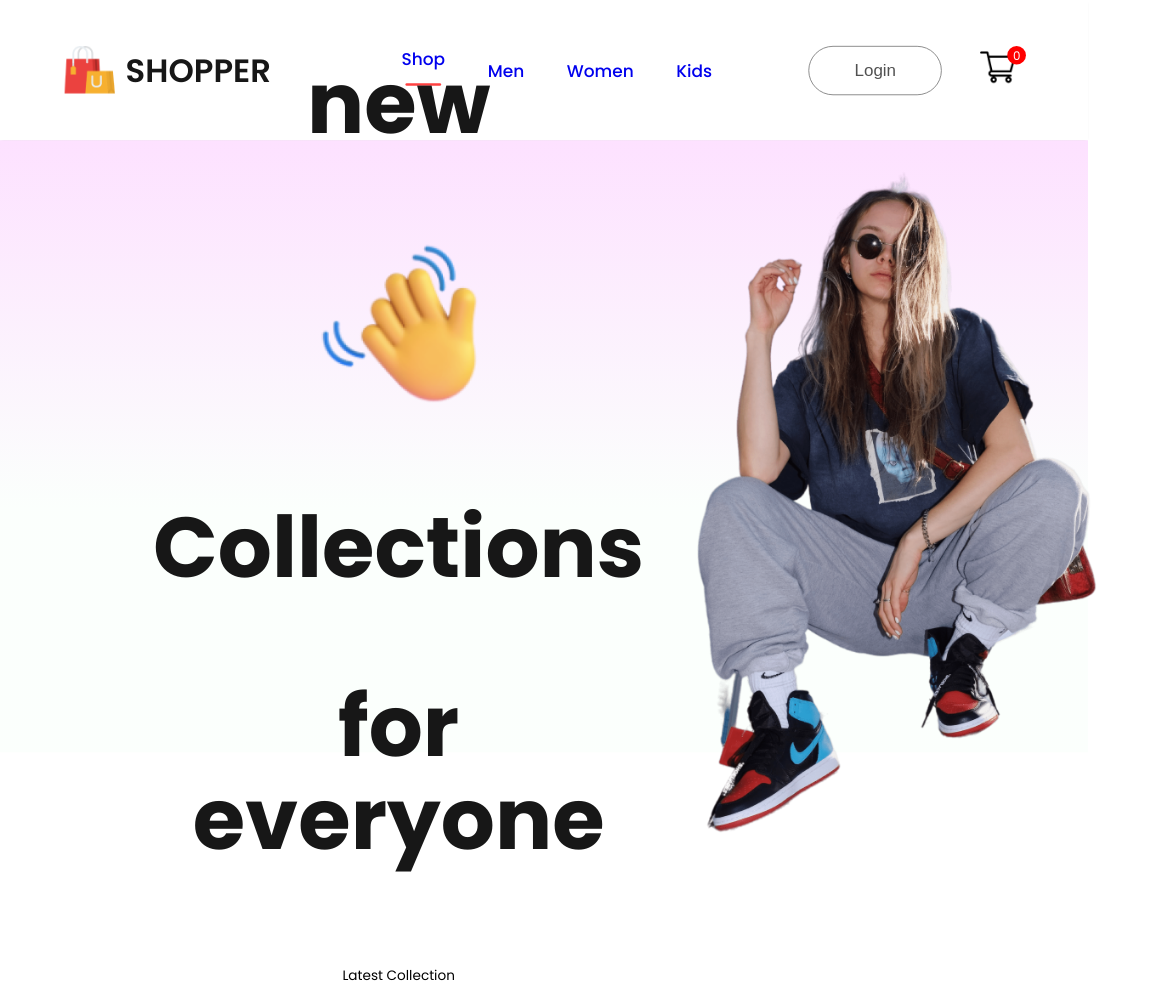
Repository: saritha55/EcommerceReactJs
Page: /
The author's editor kept a copy of each file at every save. The page is drawn from the files as they stood at one save, then again after the next save.
The browser window is 1280 px wide. The page is 1371 px wide, so the pictures cover 1371 px, including what lies to the right of the window. The pictures show the whole page, at 85% of full size.
The project was rebuilt for these pictures with package versions that can differ from the ones it lists, and the page was loaded fresh each time. Also part of the build but not shown: src/Pages/ShopCategory.jsx, src/Pages/Product.jsx, src/Pages/Cart.jsx, src/Pages/LoginSignup.jsx.

Above is the page before, as saved 2024-12-02 14:49:06.

### public/index.html
<!DOCTYPE html>
<html lang="en">
  <head>
    <meta charset="utf-8" />
    <link rel="icon" href="%PUBLIC_URL%/favicon.ico" />
    <meta name="viewport" content="width=device-width, initial-scale=1" />
    <meta name="theme-color" content="#000000" />
    <meta
      name="description"
      content="Web site created using create-react-app"
    />
    <link rel="apple-touch-icon" href="%PUBLIC_URL%/logo192.png" />
    <!--
      manifest.json provides metadata used when your web app is installed on a
      user's mobile device or desktop. See https://developers.google.com/web/fundamentals/web-app-manifest/
    -->
    <link rel="manifest" href="%PUBLIC_URL%/manifest.json" />

    <link rel="preconnect" href="https://fonts.googleapis.com">
    <link rel="preconnect" href="https://fonts.gstatic.com" crossorigin>
    <link href="https://fonts.googleapis.com/css2?family=Poppins:ital,wght@0,100;0,200;0,300;0,400;0,500;0,600;0,700;0,800;0,900;1,100;1,200;1,300;1,400;1,500;1,600;1,700;1,800;1,900&display=swap" rel="stylesheet">
    <!--
      Notice the use of %PUBLIC_URL% in the tags above.
      It will be replaced with the URL of the `public` folder during the build.
      Only files inside the `public` folder can be referenced from the HTML.

      Unlike "/favicon.ico" or "favicon.ico", "%PUBLIC_URL%/favicon.ico" will
      work correctly both with client-side routing and a non-root public URL.
      Learn how to configure a non-root public URL by running `npm run build`.
    -->
    <title>E-commerce</title>
  </head>
  <body>
    <noscript>You need to enable JavaScript to run this app.</noscript>
    <div id="root"></div>
    <!--
      This HTML file is a template.
      If you open it directly in the browser, you will see an empty page.

      You can add webfonts, meta tags, or analytics to this file.
      The build step will place the bundled scripts into the <body> tag.

      To begin the development, run `npm start` or `yarn start`.
      To create a production bundle, use `npm run build` or `yarn build`.
    -->
  </body>
</html>

### src/index.css
body {
  margin: 0;
  font-family: -apple-system, BlinkMacSystemFont, 'Segoe UI', 'Roboto', 'Oxygen',
    'Ubuntu', 'Cantarell', 'Fira Sans', 'Droid Sans', 'Helvetica Neue',
    sans-serif;
  -webkit-font-smoothing: antialiased;
  -moz-osx-font-smoothing: grayscale;
  font-family: poppins;
}

code {
  font-family: source-code-pro, Menlo, Monaco, Consolas, 'Courier New',
    monospace;
}

### src/App.js
import './App.css';
import Navbar from './Components/Navbar/Navbar';
import { BrowserRouter, Routes,Route } from 'react-router-dom';
import Shop from './Pages/Shop';
import ShopCategory
 from './Pages/ShopCategory';
import Product from './Pages/Product';
import Cart from './Pages/Cart';
import LoginSignup from './Pages/LoginSignup';

function App() {
  return (
    <div className="App">
      <BrowserRouter>
      <Navbar />
      <Routes>
        <Route path ='/' element={<Shop/>} />
        <Route path ='/mens' element={<ShopCategory category="men"/>} />
        <Route path ='/womens' element={<ShopCategory category="women"/>} />
        <Route path ='/kids' element={<ShopCategory category="kid"/>} />
        <Route path="product" element={<Product/>}>
            <Route path=':productId' element={<Product/>} />
        </Route>
        <Route path ='/cart' element={<Cart/>} />
        <Route path ='/login' element={<LoginSignup/>} />

      </Routes>
      </BrowserRouter>
    </div>
  );
}

export default App;

### src/Components/Navbar/Navbar.jsx
import React from 'react'
import { useState } from 'react'
import './Navbar.css'
import logo from '../Assets/logo.png'
import cart_icon from '../Assets/cart_icon.png'
import { Link } from 'react-router-dom'

const Navbar = () => {

    const [menu,setMenu] = useState("shop");

  return (
    <div className='navbar'>
      <div className="nav-logo">
        <img src={logo} alt="" />
        <p>SHOPPER</p>
      </div>
      <ul className="nav-menu">
        <li onClick={()=>{setMenu("shop")}} > <Link  style={{ textDecoration: 'none'}} to='/'>Shop</Link> {menu==="shop"?<hr/>:<></>} </li>
        <li onClick={()=>{setMenu("mens")}}><Link style={{ textDecoration: 'none'}} to='/mens'>Men </Link>{menu==="mens"?<hr/>:<></>}</li>
        <li onClick={()=>{setMenu("womens")}}><Link style={{ textDecoration: 'none'}} to='/womens'>Women </Link> {menu==="womens"?<hr/>:<></>}</li>
        <li onClick={()=>{setMenu("kids")}}> <Link style={{ textDecoration: 'none'}} to='/kids'>Kids</Link> {menu==="kids"?<hr/>:<></>}</li>
      </ul>
      <div className="nav-login-cart">
        <Link to='/login'><button>Login</button></Link>
        <Link to='/cart'><img src={cart_icon} alt="" /></Link>
        <div className="nav-cart-count">0</div>
      </div>
    </div>
  )
}

export default Navbar

### src/Pages/Shop.jsx
import React from 'react'
import Hero from '../Components/Hero/Hero'

const Shop = () => {
  return (
    <div>
      <Hero/>
    </div>
  )
}

export default Shop

### src/Components/Navbar/Navbar.css
.navbar{
    display: flex;
    justify-content: space-around;
    padding: 16px;
    box-shadow: 0 1px 3px -2px black;
}

.nav-logo{
    display: flex;
    align-items: center;
    gap: 10px;
}
.nav-logo p{
    color: #171717;
    font-size: 38px;
    font-weight: 600;
}
.nav-menu{
    display: flex;
    align-items: center;
    list-style: none;
    gap: 50px;
    color: #626262;
    font-size: 20px;
    font-weight: 500;
}
.nav-menu li{
    display: flex;
    flex-direction: column;
    align-items: center;
    gap: 3px;
    cursor: pointer;
}
.nav-menu hr{
    border: none;
    width: 80%;
    height: 3px;
    border-radius: 10px;
    background: #ff4141;
}
.nav-login-cart{
    display: flex;
    align-items: center;
    gap: 45px;
}
.nav-login-cart button{
    width: 157px;
    height: 58px;
    outline: none;
    border: 1px solid #7a7a7a;
    border-radius: 75px;
    color: #515151;
    font-size: 20px;
    font-weight: 500;
    background: white;
    cursor: pointer;

}
.nav-login-cart button:active{
    background: #f3f3f3;
}
.nav-cart-count{
    width: 22px;
    height: 22px;
    display: flex;
    justify-content: center;
    align-items: center;
    margin-top: -35px;
    margin-left: -55px;
    border-radius: 11px;
    font-size: 14px;
    background: red;
    color: white;
}

### src/Components/Hero/Hero.jsx
import React from 'react'
import './Hero.css'
import hand_icon from '../Assets/hand_icon.png'
import arrow_icon from '../Assets/arrow.png'
import hero_image from '../Assets/hero_image.png'

const Hero = () => {
  return (
    <div className='hero'>
      <div className="hero-left">
        <h2>New ARRIVALS ONLY</h2>
        <div>
            <div className="hero-hand-icon">
                <p>new</p>
                <img src={hand_icon} alt="" />
            </div>
            <p>Collections</p>
            <p>for everyone</p>
        </div>
        <div className="hero-latest-btn">
            <div>Latest Collection</div>
            <img src={arrow_icon} alt="" />
        </div>
      </div>
      <div className="hero-right">
        <img src={hero_image} alt="" />

      </div>
    </div>
  )
}

export default Hero

### src/Components/Hero/Hero.css
.hero{
    height: 100vh;
    background: linear-gradient(180deg, #fde1ff, #e1ffea22 60%);
    display: flex;

}
.hero-left{
    flex: 1;
    display: flex;
    flex-direction: column;
    justify-content: center;
    gap: 20px;
    padding-left: 180px;
    line-height: 1.1;

}
.hero-left h2{
    color: #090909;
    font-size: 26px;
    font-weight: 600;
}
.hero-left p{
    color: #171717;
    font-size: 100px;
    font-weight: 700;
}
.hero-hand-icon{

}

Loaded but not shown: src/index.js (common file); src/reportWebVitals.js (common file); src/App.css (common file)

After the next save:
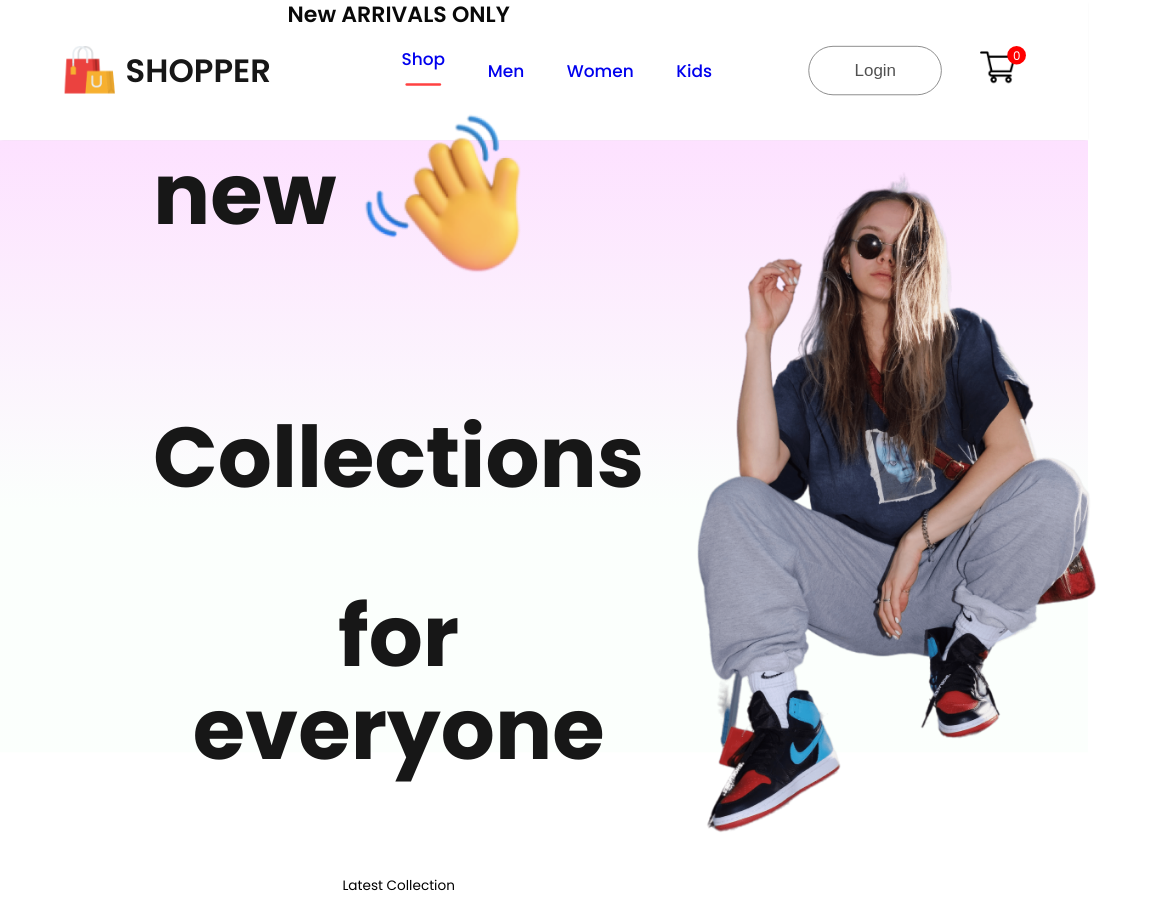
Saved 25 s later.
--- a/src/Components/Hero/Hero.css
+++ b/src/Components/Hero/Hero.css
@@ -25,5 +25,7 @@
     font-weight: 700;
 }
 .hero-hand-icon{
-
+   display: flex;
+   align-items: center;
+   gap: 20px;
 }
